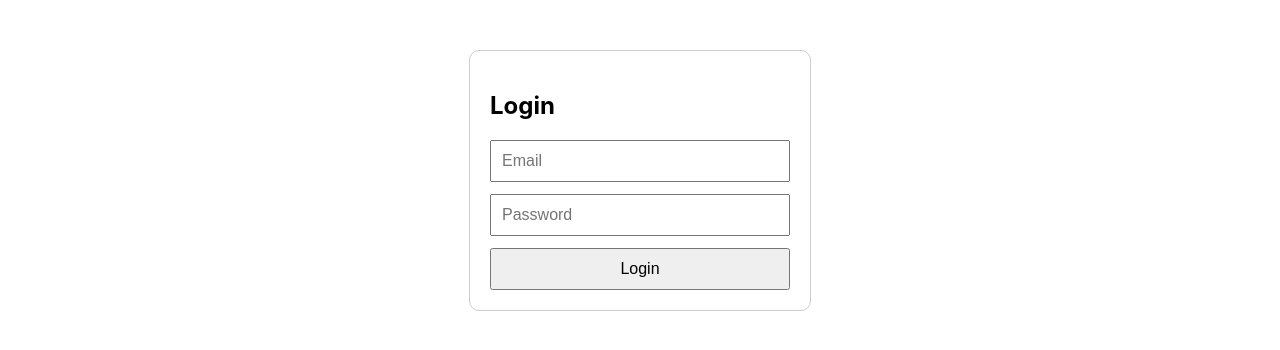
Repository: Paulraj153u1/Java
Page: / (app in todo/login_ppwith_jest/)
The author's editor kept a copy of each file at every save. The page is drawn from the files as they stood at one save, then again after the next save.
The browser window is 1280 px wide. The pictures show the whole page.
The project was rebuilt for these pictures with package versions that can differ from the ones it lists, and the page was loaded fresh each time.

Above is the page before, as saved 2025-06-30 12:41:23.

After the next save:
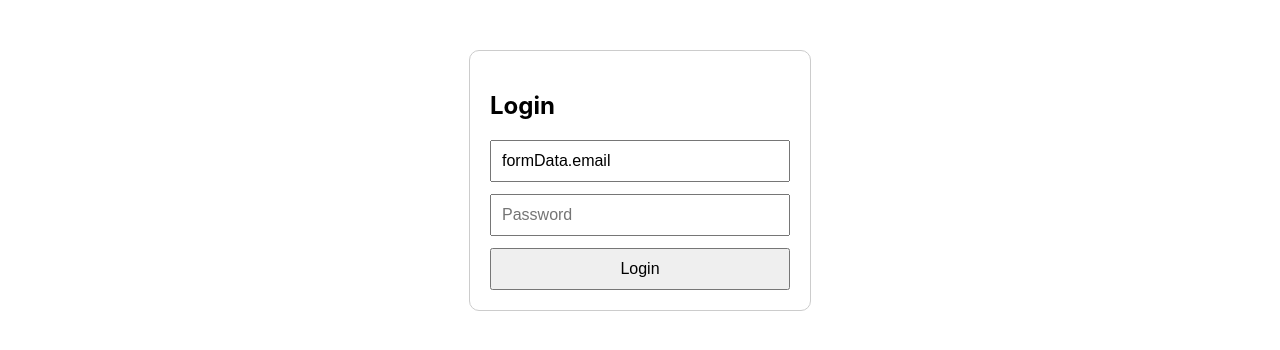
Saved 115 s later.
--- a/todo/login_ppwith_jest/src/Login.tsx
+++ b/todo/login_ppwith_jest/src/Login.tsx
@@ -44,7 +44,7 @@
           type="email"
           name="email"
           placeholder="Email"
-          value={formData.email}
+          value={'formData.email'}
           onChange={handleChange}
           style={styles.input}
         />

After the save that followed:
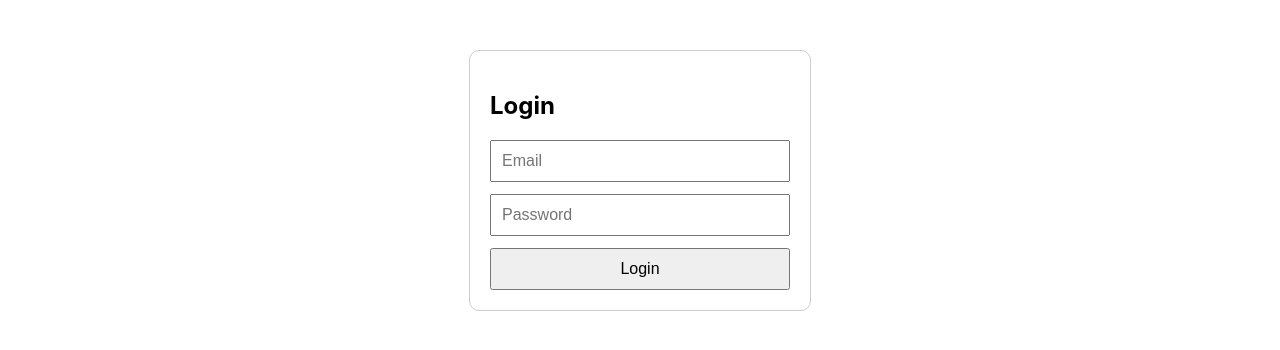
Saved 81 s later.
--- a/todo/login_ppwith_jest/src/Login.tsx
+++ b/todo/login_ppwith_jest/src/Login.tsx
@@ -44,7 +44,7 @@
           type="email"
           name="email"
           placeholder="Email"
-          value={'formData.email'}
+          value={formData.email}
           onChange={handleChange}
           style={styles.input}
         />
